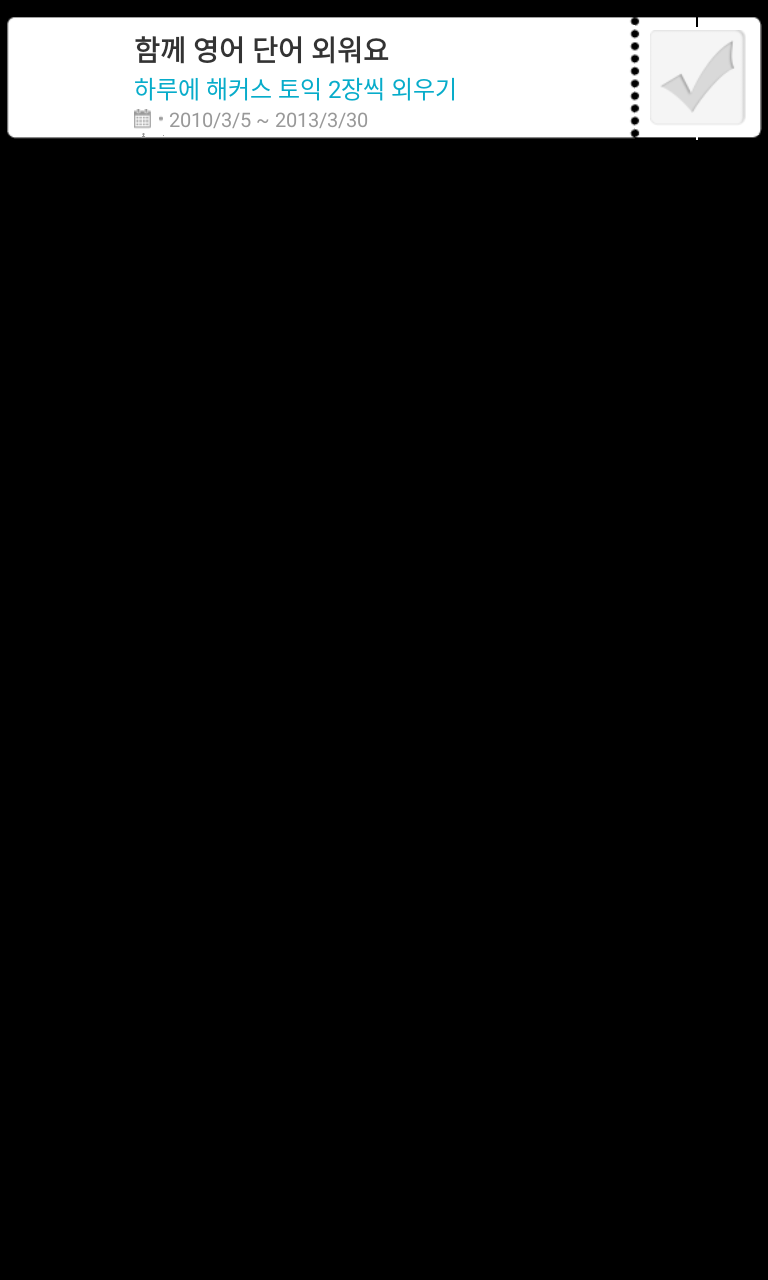
Repository: belhyun/witherest-android
Layout: Witherest/res/layout/mycheck_list_item_row.xml
An editor plug-in stored every save of this project. The layout is shown before and after the next save, followed by the edit.
It is drawn on a 768 x 1280 px phone screen (xhdpi) without system bars, with theme android:Theme.Holo; the app's code is not run.

Above is the layout before, as saved 2013-07-06 09:31:27.

### Witherest/res/layout/mycheck_list_item_row.xml
<?xml version="1.0" encoding="utf-8"?>
<LinearLayout xmlns:android="http://schemas.android.com/apk/res/android"
    android:layout_width="fill_parent"
    android:layout_height="fill_parent"
    android:paddingTop="5dip"
    android:paddingBottom="30dp" >

    <RelativeLayout
        android:id="@+id/main_contaniner"
        android:layout_width="fill_parent"
        android:layout_height="wrap_content"
        android:clickable="true"
        android:padding="3dp" >

        <RelativeLayout
            android:id="@+id/mycheck_row_left_contaniner"
            android:layout_width="fill_parent"
            android:layout_height="62dp"
            android:layout_toLeftOf="@+id/mycheck_row_right_contaniner"
            android:background="@drawable/mycheck_list_row_on_off"
            android:clickable="true"
            android:padding="1dp" >

            <LinearLayout
                android:id="@+id/mycheck_row_thumbnail"
                android:layout_width="wrap_content"
                android:layout_height="wrap_content"
                android:layout_alignParentLeft="true"
                android:layout_centerVertical="true"
                android:layout_marginRight="5dip"
                android:gravity="center" >

                <ImageView
                    android:id="@+id/list_image"
                    android:layout_width="50dip"
                    android:layout_height="50dip"
                    android:layout_marginLeft="3dp"
                    android:layout_marginRight="5dp"
                     />
            </LinearLayout>

            <TextView
                android:id="@+id/mycheck_room_title_textview"
                android:layout_width="fill_parent"
                android:layout_height="wrap_content"
                android:layout_alignTop="@id/mycheck_row_thumbnail"
                android:layout_toRightOf="@id/mycheck_row_thumbnail"
                android:text="함께 영어 단어 외워요"
                android:textColor="#333333"
                android:textSize="14sp"
                android:textStyle="bold"
                />

            <TextView
                android:id="@+id/mycheck_room_purpose_textview"
                android:layout_width="fill_parent"
                android:layout_height="wrap_content"
                android:layout_below="@id/mycheck_room_title_textview"
                android:layout_toRightOf="@id/mycheck_row_thumbnail"
                android:ellipsize="end"
                android:maxLines="1"
                android:text="하루에 해커스 토익 2장씩 외우기"
                android:textColor="#07ACCA"
                android:textSize="12sp" />

            <LinearLayout
                android:id="@+id/mycheck_term_container"
                android:layout_width="fill_parent"
                android:layout_height="wrap_content"
                android:layout_alignParentRight="false"
                android:layout_below="@id/mycheck_room_purpose_textview"
                android:layout_toRightOf="@id/mycheck_row_thumbnail"
                android:gravity="center_vertical"
                android:orientation="horizontal" >

                <ImageView
                    android:layout_width="wrap_content"
                    android:layout_height="wrap_content"
                    android:src="@drawable/main_date_icon_bg" />

                <ImageView
                    android:layout_width="wrap_content"
                    android:layout_height="wrap_content"
                    android:layout_marginLeft="4dp"
                    android:layout_marginRight="3dp"
                    android:src="@drawable/main_dot_bg" />

                <TextView
                    android:id="@+id/mycheck_room_team_textview"
                    android:layout_width="fill_parent"
                    android:layout_height="wrap_content"
                    android:ellipsize="end"
                    android:maxLines="1"
                    android:text="2010/3/5 ~ 2013/3/30"
                    android:textColor="#999999"
                    android:textSize="10sp" />
            </LinearLayout>

            <LinearLayout
                android:layout_width="fill_parent"
                android:layout_height="wrap_content"
                android:layout_alignParentRight="false"
                android:layout_below="@id/mycheck_term_container"
                android:layout_toRightOf="@id/mycheck_row_thumbnail"
                android:gravity="center_vertical"
                android:orientation="horizontal" >

                <ImageView
                    android:layout_width="wrap_content"
                    android:layout_height="wrap_content"
                    android:src="@drawable/main_people_icon_bg" />

                <ImageView
                    android:layout_width="wrap_content"
                    android:layout_height="wrap_content"
                    android:layout_marginLeft="4dp"
                    android:layout_marginRight="3dp"
                    android:src="@drawable/main_dot_bg" />

                <TextView
                    android:id="@+id/mycheck_room_joincount_textview"
                    android:layout_width="fill_parent"
                    android:layout_height="wrap_content"
                    android:ellipsize="end"
                    android:maxLines="1"
                    android:text="10/30"
                    android:textColor="#999999"
                    android:textSize="10sp" />
            </LinearLayout>
        </RelativeLayout>

        <RelativeLayout
            android:id="@id/mycheck_row_right_contaniner"
            android:layout_width="wrap_content"
            android:layout_height="62dp"
            android:layout_alignParentRight="true"
            android:layout_alignParentTop="true"
            android:background="@drawable/main_checkbutton_bg2"
            android:gravity="center"
            android:padding="3dp" >

            <CheckBox
                android:id="@+id/mycheck_check_btn"
                android:layout_width="wrap_content"
                android:layout_height="wrap_content"
                android:background="@drawable/mycheck_check_button_of_off"
                android:button="@drawable/checkbox_bg" />
        </RelativeLayout>


    </RelativeLayout>

     <TextView
            android:id="@+id/alramtime_badge"
            android:layout_width="wrap_content"
            android:layout_height="wrap_content"
            android:layout_alignLeft="@id/main_contaniner"
            android:layout_alignTop="@id/main_contaniner"
            android:background="@drawable/alarm_notice_bg"
            android:gravity="center_horizontal|center_vertical"
            android:textColor="#000000"
            android:textSize = "10sp"
     		android:paddingBottom="4dp"
     		android:paddingLeft = "8dp"
            android:minWidth="25dp"
            android:text="12:39"
             />

    <TextView
            android:id="@+id/mycheck_badge"
            android:layout_width="wrap_content"
            android:layout_height="17dp"
            android:layout_alignRight="@id/main_contaniner"
            android:layout_alignTop="@id/main_contaniner"
            android:background="@drawable/main_checknumber_bg"
            android:padding="0dp"
            android:gravity="center_vertical|center_horizontal"
            android:textColor="#ffffff"
            android:textSize = "12sp"
            android:textStyle="bold"
            android:paddingBottom="20dp"
            android:minWidth="25dp"
            android:text="12"
             />

</LinearLayout>

### Witherest/res/drawable/mycheck_list_row_on_off.xml
<?xml version="1.0" encoding="utf-8"?>
<selector xmlns:android="http://schemas.android.com/apk/res/android">

    <item android:drawable="@drawable/main_checkinformation_btn_off2" android:state_pressed="false" android:state_selected="false"/>
    <item android:drawable="@drawable/main_checkinformation_btn_on2" android:state_pressed="true"/>
    <item android:drawable="@drawable/main_checkinformation_btn_on2" android:state_pressed="false" android:state_selected="true"/>

</selector>

### Witherest/res/drawable/mycheck_check_button_of_off.xml
<?xml version="1.0" encoding="utf-8"?>
<selector
	xmlns:android="http://schemas.android.com/apk/res/android">
    <item
    	android:state_checked="true"
    	android:drawable="@drawable/main_checkbu_btn_on"/>
    <item
    	android:drawable="@drawable/main_checkbu_btn_off"/>
</selector>

### Witherest/res/drawable/checkbox_bg.xml
<?xml version="1.0" encoding="utf-8"?>
<shape xmlns:android="http://schemas.android.com/apk/res/android" >
    <solid android:color="#00ffffff"/>
</shape>

After the next save:
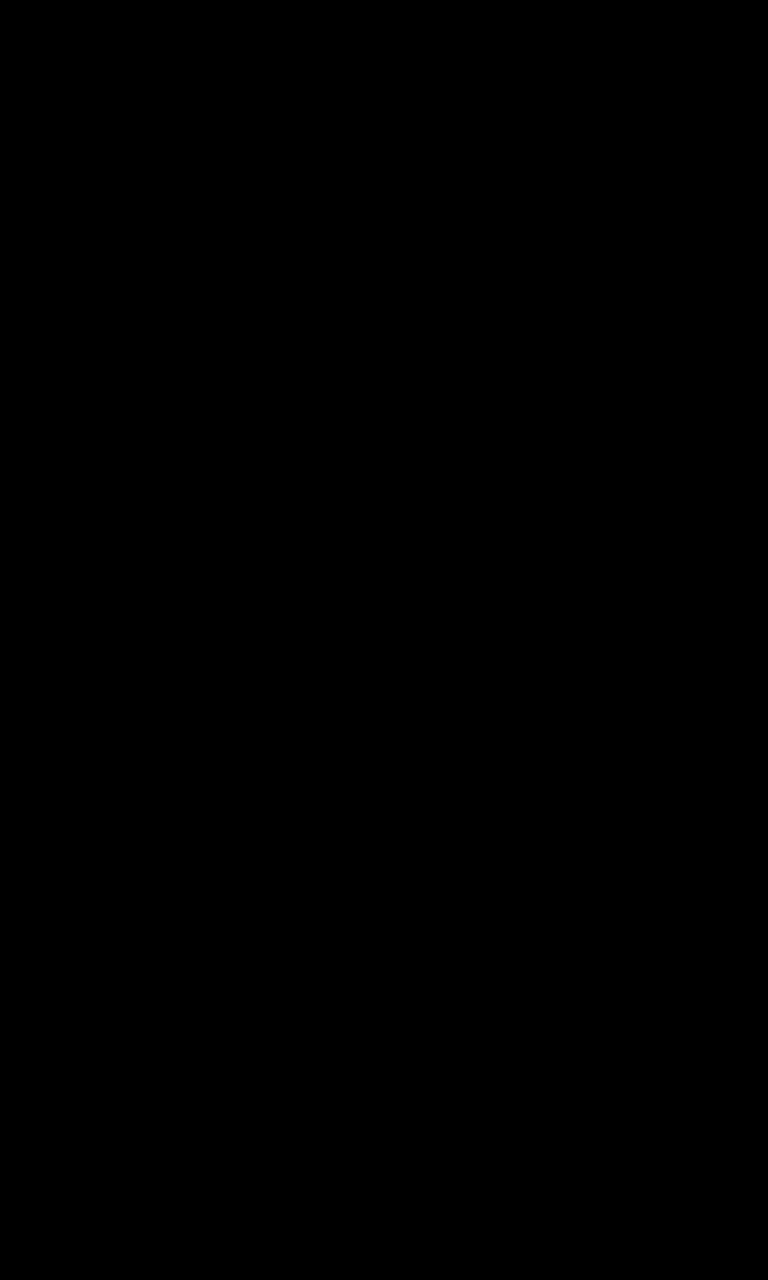
Saved 21 s later.
--- a/Witherest/res/layout/mycheck_list_item_row.xml
+++ b/Witherest/res/layout/mycheck_list_item_row.xml
@@ -3,12 +3,12 @@
     android:layout_width="fill_parent"
     android:layout_height="fill_parent"
     android:paddingTop="5dip"
-    android:paddingBottom="30dp" >
+    android:paddingBottom="5dp" >
 
     <RelativeLayout
         android:id="@+id/main_contaniner"
         android:layout_width="fill_parent"
-        android:layout_height="wrap_content"
+        android:layout_height="fill_content"
         android:clickable="true"
         android:padding="3dp" >
 

After the save that followed:
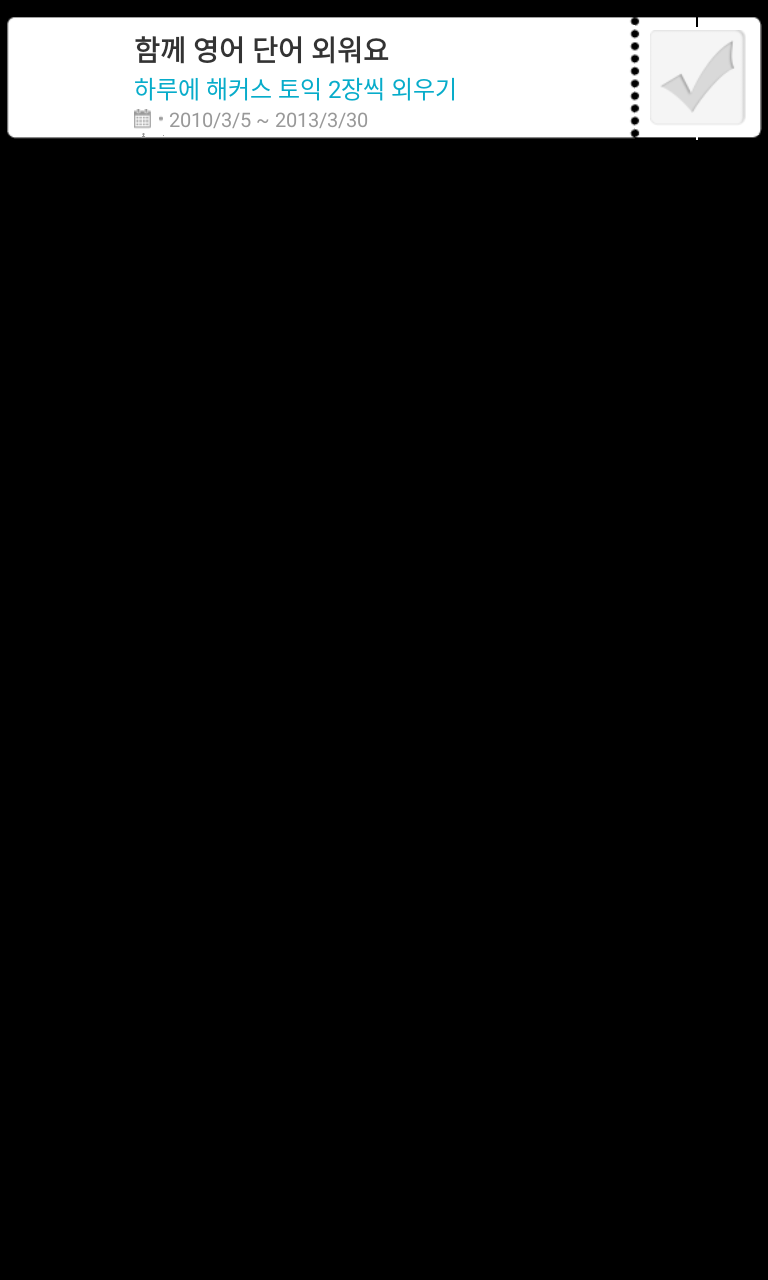
Saved 19 s later.
--- a/Witherest/res/layout/mycheck_list_item_row.xml
+++ b/Witherest/res/layout/mycheck_list_item_row.xml
@@ -8,7 +8,7 @@
     <RelativeLayout
         android:id="@+id/main_contaniner"
         android:layout_width="fill_parent"
-        android:layout_height="fill_content"
+        android:layout_height="wrap_content"
         android:clickable="true"
         android:padding="3dp" >
 
